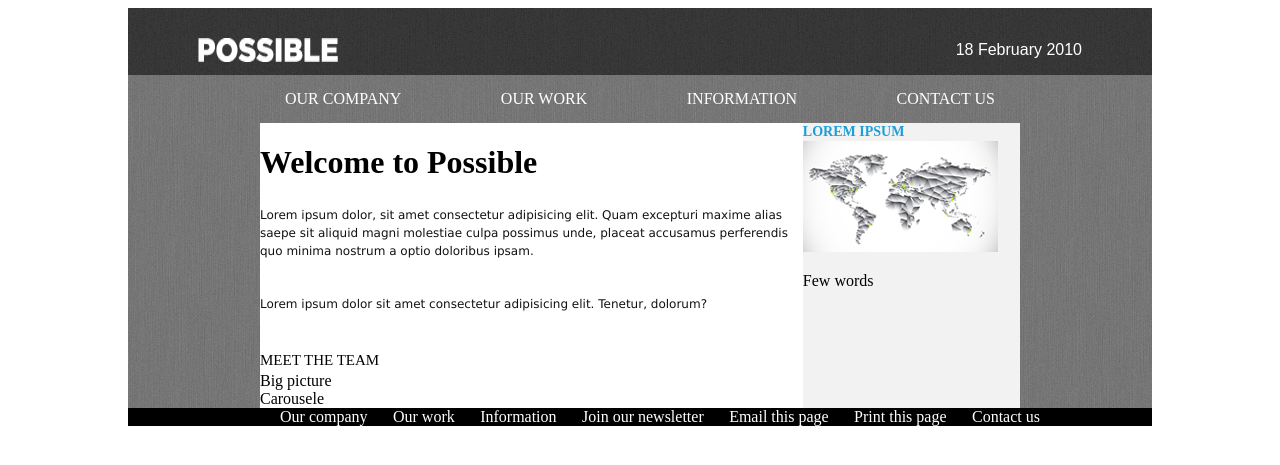
Repository: grzegorzgebala/possible-site
Page: index.html
These files come from the project's save history. The page is drawn as it stood at one moment and after the next save; the edit follows.
The browser window is 1280 px wide. The pictures show the whole page.
The style sheet was rebuilt from its Sass, Less or Tailwind sources for each picture, by a compiler version that may differ from the author's.

Above is the page before, as saved 2020-02-15 22:28:09.

### index.html
<!DOCTYPE html>
<html>
	<head>
		<meta charset="utf-8">
		<link rel="stylesheet" type="text/css" href="css/style.css">
		<title>Possible page</title>
	</head>
	<body>
        <div class="container">
            <header>
                <img src="images/logo.png" alt="possible logo">
                <div class="date">18 February 2010</div>
            </header>
            <nav class="menu">
                <ul>
                    <li>our company</li>
                    <li>our work</li>
                    <li>information</li>
                    <li>contact us</li>
                </ul>
            </nav>
            <div class="mainSite">
                <div class="leftSide">
                    <h1>Welcome to Possible</h1>
                    <article>Lorem ipsum dolor, sit amet consectetur adipisicing elit. Quam excepturi maxime alias saepe sit aliquid magni molestiae culpa possimus unde, placeat accusamus perferendis quo minima nostrum a optio doloribus ipsam.</article>
                    <article>Lorem ipsum dolor sit amet consectetur adipisicing elit. Tenetur, dolorum?</article>
                    <div class="meetTitle">Meet the team</div>
                    <div class="carousel">
                        <div>Big picture</div>
                        <div>Carousele</div>
                    </div>
                </div>
                <div class="rightSide">
                    <div class="rightTitle">lorem ipsum</div>
                    <img src="/images/map.png" alt="map">
                    <p>Few words</p>
                </div>
            </div>
            <footer>
                <ul>
                    <li>our company</li>
                    <li>our work</li>
                    <li>information</li>
                    <li>join our newsletter</li>
                    <li>email this page</li>
                    <li>print this page</li>
                    <li>contact us</li>
                </ul>
            </footer>
        </div>
	</body>
</html>

### sass/style.scss
// variables
$menuElementsColor: #ffffff;
$contentElementsColor: #000000;
$footerBackgroundColor: #000000;
$menuHooverColor: #000000;
$activeMenuColor: #1d9ed9;
$sideMenuColor: #1d9ed9;
$fontMenu: "Proxima Nova";
$leftSideBackgroundColor: #ffffff;
$rightSideBackgroundColor: #f2f2f2;
$contentHeaderFont: "Proxima Nova";
$contentDescriptionFont: "Verdana";
$contentColor: #121212;

// page style
.container {
    max-width: 1024px;
    margin: 0 auto;
    background-image: url("/images/mainBackground.png");
}

// header style
header {
    background-image: url("/images/backgroundHeader.png");
    display: flex;
    justify-content: space-between;
    padding: 30px 70px 13px 70px;

    .date {
        color: $menuElementsColor;
        // font-size: 12px;
        line-height: 24px;
        font-family: "Arial";
        // font-weight: bold;
    }
}

// menu
.menu ul {
    max-width: 760px;
    margin: 5px auto;
    display: flex;
    justify-content: space-between;
    list-style-type: none;
    color: $menuElementsColor;
    text-transform: uppercase;
    padding: 0;

    :hover {
        background-color: $menuHooverColor;
        color: $activeMenuColor;
        cursor: pointer;
    }

    li {
        padding: 10px 25px;
    }
}

// main content
.mainSite {
    max-width: 760px;
    margin: 0 auto;
    display: flex;
    justify-content: center;
    flex-direction: row;

    .leftSide {
        width: 100%;
        background-color: $leftSideBackgroundColor;

        h1 {
            font-family: $contentHeaderFont;
        }

        article {
            font-family: $contentDescriptionFont;
            font-size: 12px;
            line-height: 18px;
            color: $contentColor;
            margin-top: 25px;
            margin-bottom: 35px;
        }
        .meetTitle {
            font-size: 15px;
            line-height: 24px;
            text-transform: uppercase;
            color: $contentElementsColor;
            font-family: $contentHeaderFont;
        }
    }


    .rightSide {
        background-color: $rightSideBackgroundColor;
        width: 40%;

        .rightTitle {
            text-transform: uppercase;
            color: $sideMenuColor;
            font-weight: bold;
            font-size: 14px;
            line-height: 18px;
            border-top: 20px;
        }
    }

}

// footer
footer {
    background: $footerBackgroundColor;
}

footer ul {
    display: flex;
    justify-content: space-between;
    max-width: 760px;
    margin: 0 auto;
    list-style-type: none;
    color: $menuElementsColor;
    background: $footerBackgroundColor;

    li::first-letter {
        text-transform: uppercase;
    }
}

After the next save:
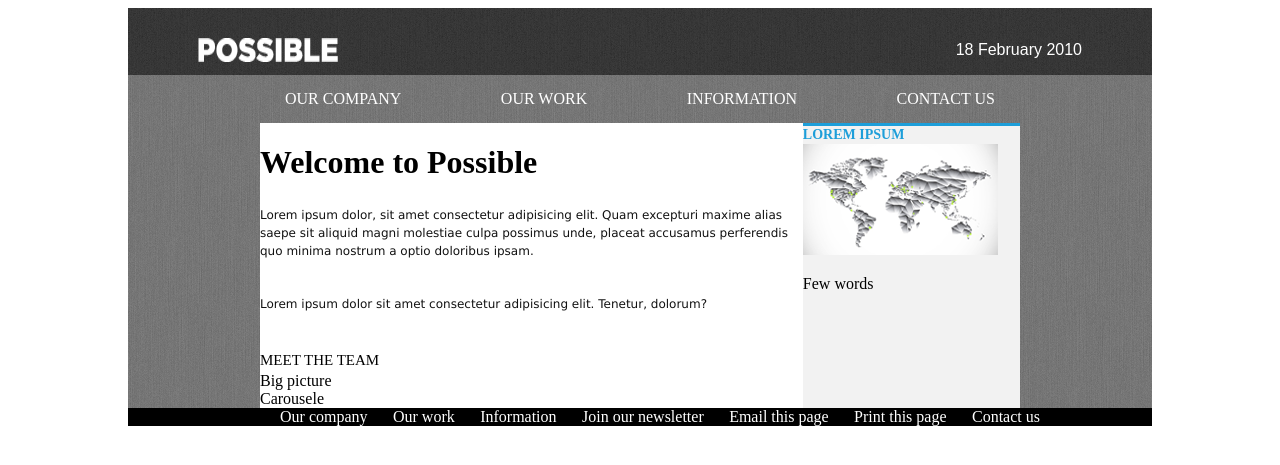
Saved 30 s later.
--- a/sass/style.scss
+++ b/sass/style.scss
@@ -101,7 +101,7 @@ header {
             font-weight: bold;
             font-size: 14px;
             line-height: 18px;
-            border-top: 20px;
+            border-top: 3px solid $sideMenuColor;
         }
     }
 
